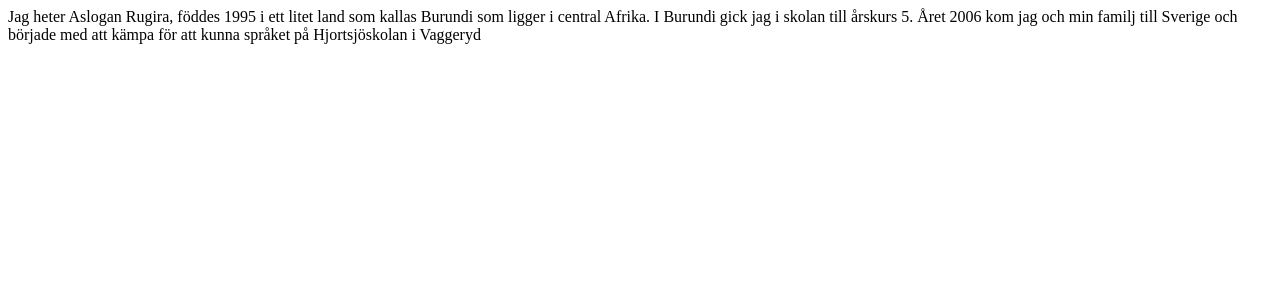
Repository: ar222rk/1IK415-ar222rk-Laboration
Page: pages/Presentation.html
The author's editor kept a record of every edit. The page is drawn from the files as they stood at one moment, then again after the next edit.
The browser window is 1280 px wide. The pictures show the whole page.

Above is the page before.

### pages/Presentation.html
<!doctype HTML>
<html>
    <head>
       <title> Presentation </title>
    </head>
    <body>
        Jag heter Aslogan Rugira, föddes 1995 i ett litet land som kallas Burundi som ligger i
        central Afrika. I Burundi gick jag i skolan till årskurs 5.
        Året 2006 kom jag och min familj till Sverige och
        började med att kämpa för att kunna språket på Hjortsjöskolan i Vaggeryd

    </body>



</html>

After the next edit:
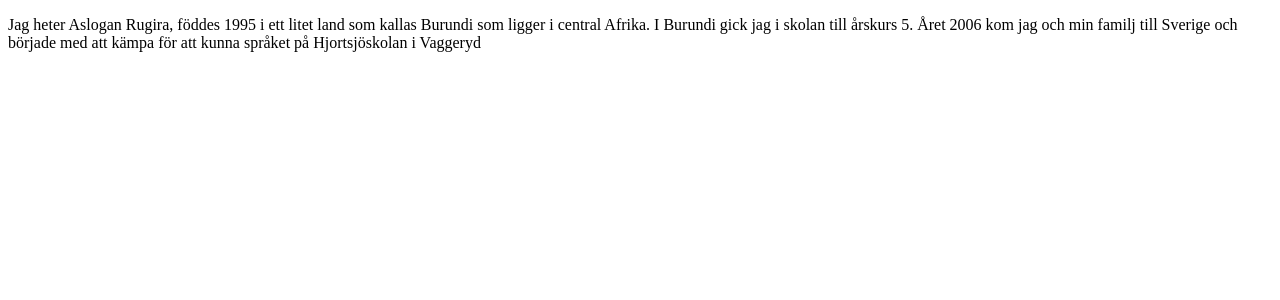
The edit:
--- a/pages/Presentation.html
+++ b/pages/Presentation.html
@@ -4,7 +4,7 @@
        <title> Presentation </title>
     </head>
     <body>
-        Jag heter Aslogan Rugira, föddes 1995 i ett litet land som kallas Burundi som ligger i
+        <p>Jag heter Aslogan Rugira, föddes 1995 i ett litet land som kallas Burundi som ligger i
         central Afrika. I Burundi gick jag i skolan till årskurs 5.
         Året 2006 kom jag och min familj till Sverige och
         började med att kämpa för att kunna språket på Hjortsjöskolan i Vaggeryd
